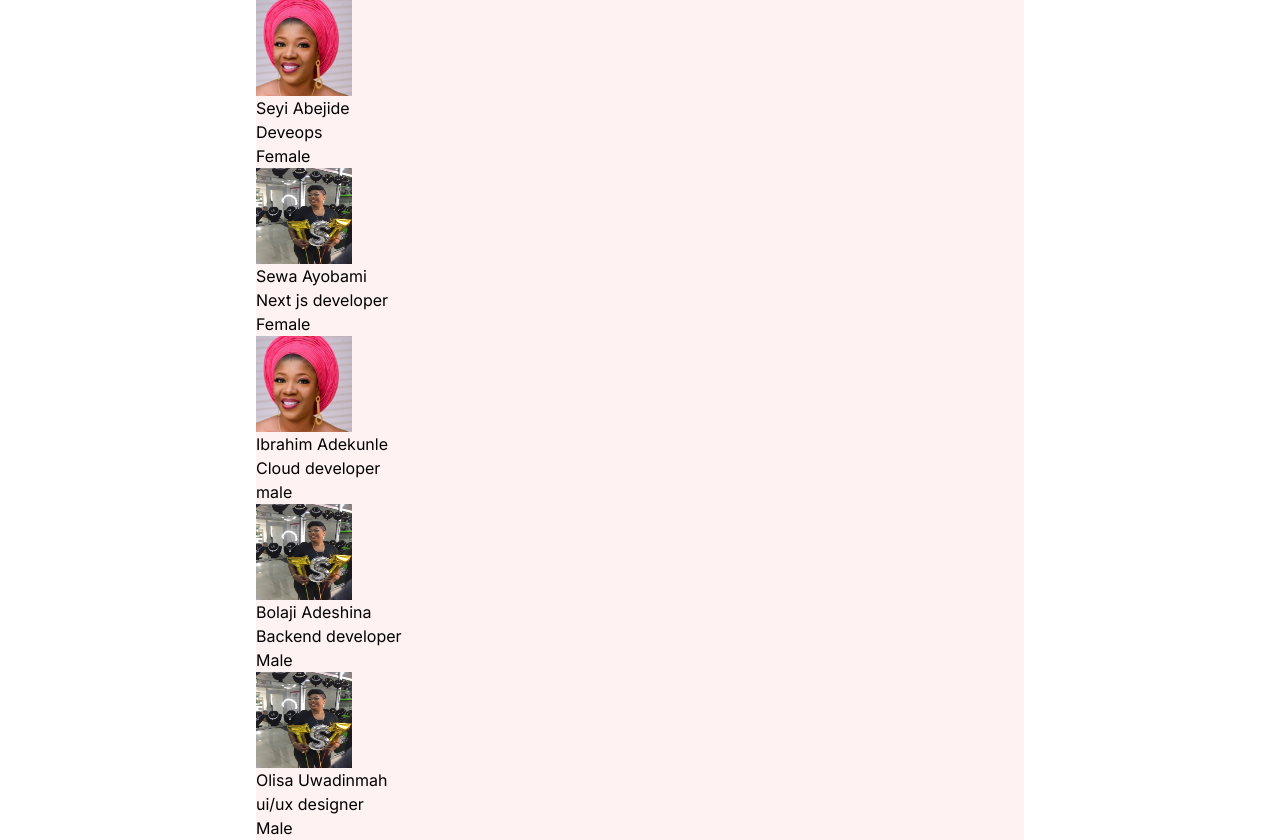
Repository: Semanmernstack/Bincom
Page: /
An editor plug-in stored every save of this project. The page is shown before and after the next save, followed by the edit.
The browser window is 1280 px wide. The pictures show the whole page.
The project was rebuilt for these pictures with package versions that can differ from the ones it lists, and the page was loaded fresh each time. The framework's server and built-in components were replaced by stand-ins that run in the browser. Also part of the build but not shown: next.config.mjs.

Above is the page before, as saved 2024-01-25 05:24:30.

After the next save:
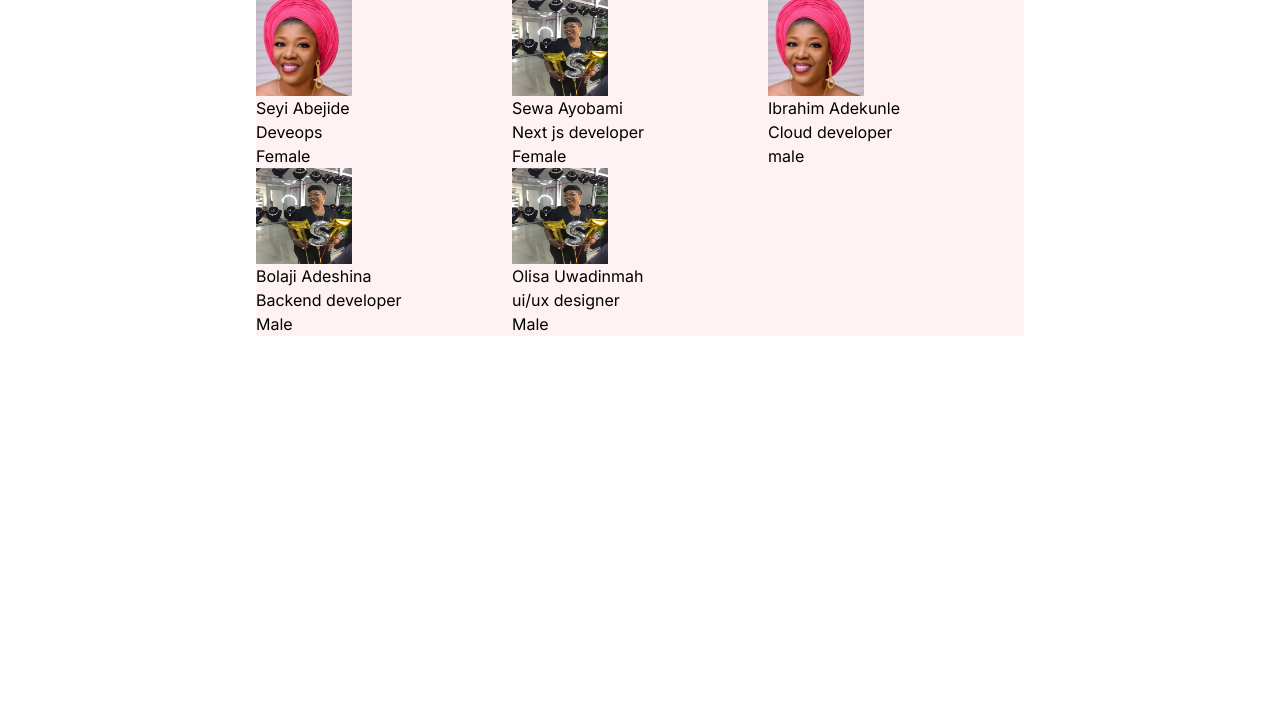
Saved 57 s later.
--- a/app/page.tsx
+++ b/app/page.tsx
@@ -55,9 +55,9 @@ const data = [
 export default function Home() {
   return (
     <main className=" flex flex-col max-w-3xl mx-auto bg-red-50">
-      <div>
+      <div className="grid grid-cols-1 sm:grid-cols-2 md:grid-cols-3">
           {data.map((p, index)=> (
-              <div className="grid grid-cols-1 sm:grid-cols-2 md:grid-cols-3" key={index}>
+              <div className="" key={index}>
                 <SetUp
                   id={p.id}
                   title={p.title}
